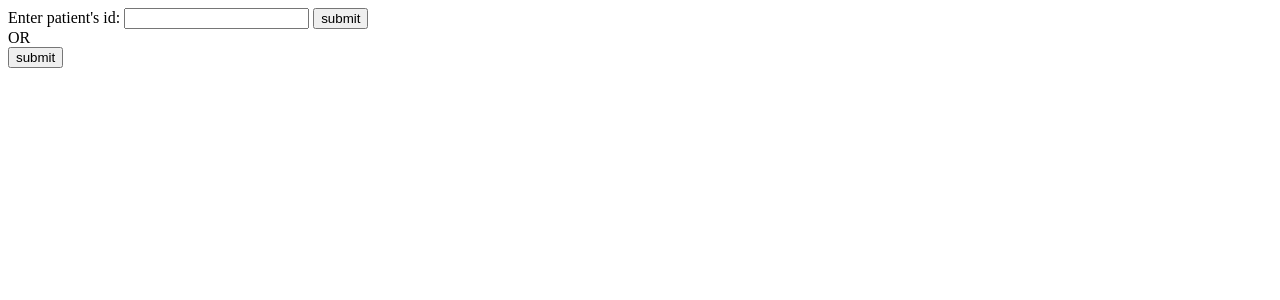
Repository: PoojaK97/OrganProcurement
Page: Organ_Procurement/WebContent/landing.html
An editor plug-in stored every save of this project. The page is shown before and after the next save, followed by the edit.
The browser window is 1280 px wide. The pictures show the whole page.

Above is the page before, as saved 2019-12-10 11:19:32.

After the next save:
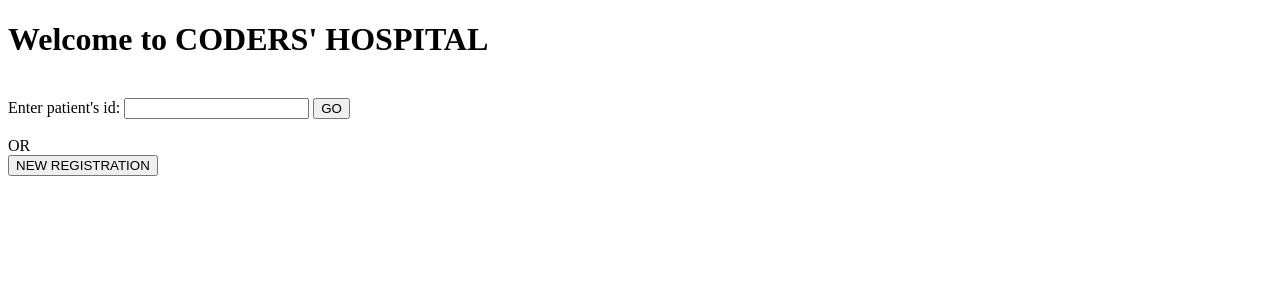
Saved 2 min 21 s later.
--- a/Organ_Procurement/WebContent/landing.html
+++ b/Organ_Procurement/WebContent/landing.html
@@ -2,17 +2,21 @@
 <html>
 <head>
 <meta charset="ISO-8859-1">
-<title>Welcome to CODERS' HOSPITAL</title>
+<title>Coders' Hospital</title>
 </head>
 <body>
+<h1>Welcome to CODERS' HOSPITAL</h1>
+<br>
 <form>
  Enter patient's id:
  <input type='text' name='id'>
- <input type='submit' value='submit'>
+ <input type='submit' value='GO'>
 </form>
+<br>
  OR
+ <br>
 <form>
- <input type='submit' value='submit'>
+ <input type='submit' value='NEW REGISTRATION'>
 </form>
 </body>
 </html>
